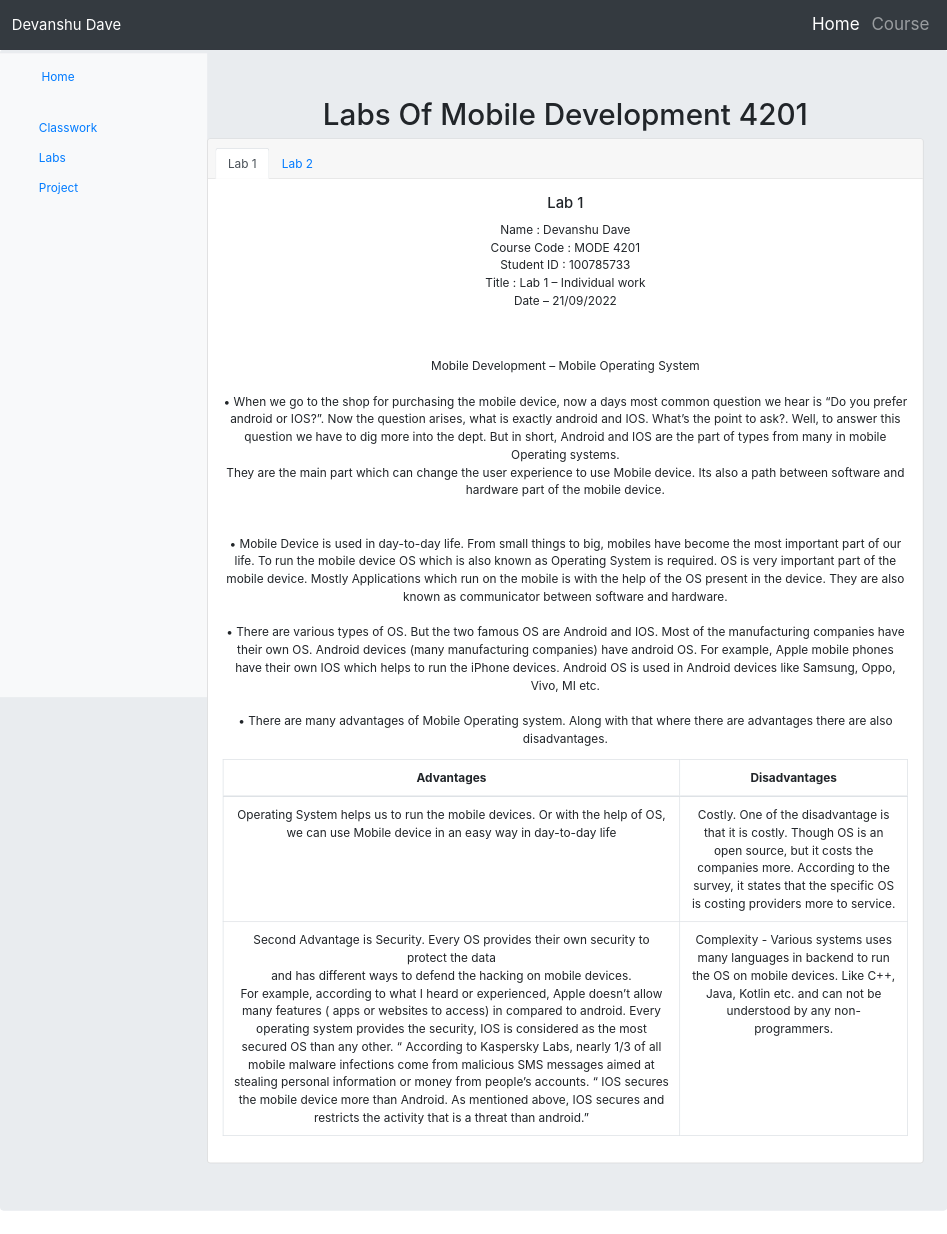
Repository: devanshudave1901/Mobile-Dev-Website
Page: labs.html
An editor plug-in stored every save of this project. The page is shown before and after the next save, followed by the edit.
The browser window is 1280 px wide. The pictures show the whole page, at 74% of full size.
Some web libraries are served in a nearby version.

Above is the page before, as saved 2022-10-05 15:44:03.

### labs.html
<!DOCTYPE html>
<html lang="en">
  <head>
    <meta charset="UTF-8" />
    <meta http-equiv="X-UA-Compatible" content="IE=edge" />
    <meta name="viewport" content="width=device-width, initial-scale=1.0" />
    <link
      rel="stylesheet"
      href="https://cdn.jsdelivr.net/npm/bootstrap@4.0.0/dist/css/bootstrap.min.css"
      integrity="sha384-Gn5384xqQ1aoWXA+058RXPxPg6fy4IWvTNh0E263XmFcJlSAwiGgFAW/dAiS6JXm"
      crossorigin="anonymous"
    />
    <link
      href="https://maxcdn.bootstrapcdn.com/font-awesome/4.2.0/css/font-awesome.min.css"
      rel="stylesheet"
    />
    <link rel="stylesheet" href="./css/style.css" />

    <style>
      .navbar-nav {
        margin-left: auto;
        font-size: 23px;
      }
      .welcomeHeading {
        text-shadow: 2px 2px red;
        text-align: center;
      }
      .welcomeText {
        text-align: center;
        font-family: "Sofia", sans-serif;
      }
      .featurette-heading {
        font-weight: 300;
        line-height: 1;
        letter-spacing: -0.05rem;
        margin-top: 20%;
      }
      .profileIamge {
        width: 250px;

        left: 300px;
      }
      .mobileDevProfile {
        margin-top: 10%;
        left: 100px;
      }
      .main {
        display: flex;
        flex-wrap: nowrap;
        height: 100vh;
        height: -webkit-fill-available;
        max-height: 100vh;
        overflow-x: auto;
        overflow-y: hidden;
      }
      .sideBar {
        height: 870px;
      }
    </style>
    <script
      src="https://code.jquery.com/jquery-3.2.1.slim.min.js"
      integrity="sha384-KJ3o2DKtIkvYIK3UENzmM7KCkRr/rE9/Qpg6aAZGJwFDMVNA/GpGFF93hXpG5KkN"
      crossorigin="anonymous"
    ></script>
    <script
      src="https://cdn.jsdelivr.net/npm/popper.js@1.12.9/dist/umd/popper.min.js"
      integrity="sha384-ApNbgh9B+Y1QKtv3Rn7W3mgPxhU9K/ScQsAP7hUibX39j7fakFPskvXusvfa0b4Q"
      crossorigin="anonymous"
    ></script>
    <script
      src="https://cdn.jsdelivr.net/npm/bootstrap@4.0.0/dist/js/bootstrap.min.js"
      integrity="sha384-JZR6Spejh4U02d8jOt6vLEHfe/JQGiRRSQQxSfFWpi1MquVdAyjUar5+76PVCmYl"
      crossorigin="anonymous"
    ></script>
    <title>Mobile Development - Lab 2</title>
  </head>
  <body>
    <div id="navBar">
      <nav class="navbar sticky-top navbar-expand-lg navbar-dark bg-dark">
        <a class="navbar-brand" href="#">Devanshu Dave</a>

        <div class="collapse navbar-collapse" id="navbarNavDropdown">
          <ul class="navbar-nav" mr-auto>
            <li class="nav-item active">
              <a class="nav-link" href="./index.html"
                >Home <span class="sr-only">(current)</span></a
              >
            </li>
            <li class="nav-item">
              <a class="nav-link" href="./course.html">Course</a>
            </li>
          </ul>
        </div>
      </nav>
    </div>
    <div id="sideBar">
        <div
        class="d-flex flex-column flex-shrink-0 p-3 bg-light sideBar"
        style="width: 280px"
      >
        <a
          href="/"
          class="d-flex align-items-center mb-3 mb-md-0 me-md-auto link-dark text-decoration-none"
        >
          <svg class="bi me-2" width="40" height="32">
            <use xlink:href="#bootstrap" />
          </svg>
          <span class="fs-4">Home</span>
        </a>
        <hr />
        <ul class="nav nav-pills flex-column mb-auto">
          <li>
            <a href="index.html" class="nav-link link-dark">
              <svg class="bi me-2" width="16" height="16">
                <use xlink:href="#table" />
              </svg>
              Classwork
            </a>
          </li>
          <li class="nav-item">
            <a href="labs.html" class="nav-link" aria-current="page">
              <svg class="bi me-2" width="16" height="16">
                <use xlink:href="#home" />
              </svg>
              Labs
            </a>
          </li>
          <li>
            <a href="#" class="nav-link link-dark">
              <svg class="bi me-2" width="16" height="16">
                <use xlink:href="#speedometer2" />
              </svg>
              Project
            </a>
          </li>
        </ul>
        <hr />
      </div>
      <br />
      <br />
      <br />
    </div></div>
    <div id="mainBar">
        <div class="jumbotron">
        <h1>Labs Of Mobile Development 4201</h1>

        <div class="card text-center">
            <div class="card-header">
              <ul class="nav nav-tabs card-header-tabs">
                <li class="nav-item">
                  <a class="nav-link active" href="">Lab 1</a>
                </li>
                <li class="nav-item">
                  <a class="nav-link" href="#">Lab 2</a>
                </li>

              </ul>
            </div>
            <div class="card-body">
              <h5 class="card-title">Lab 1</h5>
              <p class="card-text">
                Name : Devanshu Dave <br/>
				Course Code : MODE 4201<br/>
				Student ID : 100785733<br/>
				Title : Lab 1 – Individual work<br/>
				Date – 21/09/2022<br/>

              </p>
              <br/>
              <br/>
              <p>
                Mobile Development – Mobile Operating System<br/><br/>

                •	When we go to the shop for purchasing the mobile device, now a days most common question we hear is “Do you prefer android or IOS?”. Now the question arises, what is exactly android and IOS. What’s the point to ask?. Well, to answer this question we have to dig more into the dept. But in short, Android and IOS are the part of types from many in mobile Operating systems. <br/>They are the main part which can change the user experience to use Mobile device. Its also a path between software and hardware part of the mobile device. <br/><br/><br/>
                •	Mobile Device is used in day-to-day life. From small things to big, mobiles have become the most important part of our life. To run the mobile device OS which is also known as Operating System is required. OS is very important part of the mobile device. Mostly Applications which run on the mobile is with the help of the OS present in the device. They are also known as communicator between software and hardware.<br/><br/>
                •	 There are various types of OS. But the two famous OS are Android and IOS. Most of the manufacturing companies have their own OS. Android devices (many manufacturing companies) have android OS. For example, Apple mobile phones have their own IOS which helps to run the iPhone devices. Android OS is used in Android devices like Samsung, Oppo, Vivo, MI etc.<br/><br/>
                •	 There are many advantages of Mobile Operating system. Along with that where there are advantages there are also disadvantages. <br/>

              </p>
              <table class="table table-bordered">
                <thead>
                  <tr>

                    <th scope="col">Advantages</th>
                    <th scope="col">Disadvantages</th>

                  </tr>
                </thead>
                <tbody>
                  <tr>

                    <td>Operating System helps us to run the mobile devices.
                         Or with the help of OS, we can use Mobile device in an
                         easy way in day-to-day life</td>
                    <td>Costly. One of the disadvantage is that it is costly.
                        Though OS is an open source, but it costs the companies more.
                         According to the survey, it states that the specific OS is costing providers more to service.</td>
                  </tr>
                  <tr>
                    <td>Second Advantage is Security. Every OS provides their own security to protect the data  <br/>and has different ways to defend the hacking on mobile devices. <br/>
                        For example, according to what I heard or experienced, Apple doesn’t allow many features ( apps or websites to access) in compared to android.
                         Every operating system provides the security, IOS is considered as the most secured OS than any other.
                           “ According to Kaspersky Labs, nearly 1/3 of all mobile malware infections come from malicious SMS messages aimed at stealing personal information or money from people’s accounts. “ IOS secures the mobile device more than Android.
                         As mentioned above, IOS secures and restricts the activity that is a threat than android.”</td>
                    <td>  Complexity -  Various systems uses many languages in backend to run the OS on mobile devices.
                        Like C++, Java, Kotlin etc. and can not be understood by any non-programmers.</td>
                  </tr>

                </tbody>
              </table>
            </div>
          </div>
      </div></div>
  </body>
</html>

### css/style.css
#sideBar {
  height: 570px;
  margin-top: 5px;
  float: left;
  /* text-align: center; */
}

#mainBar {
  text-align: center;
}

After the next save:
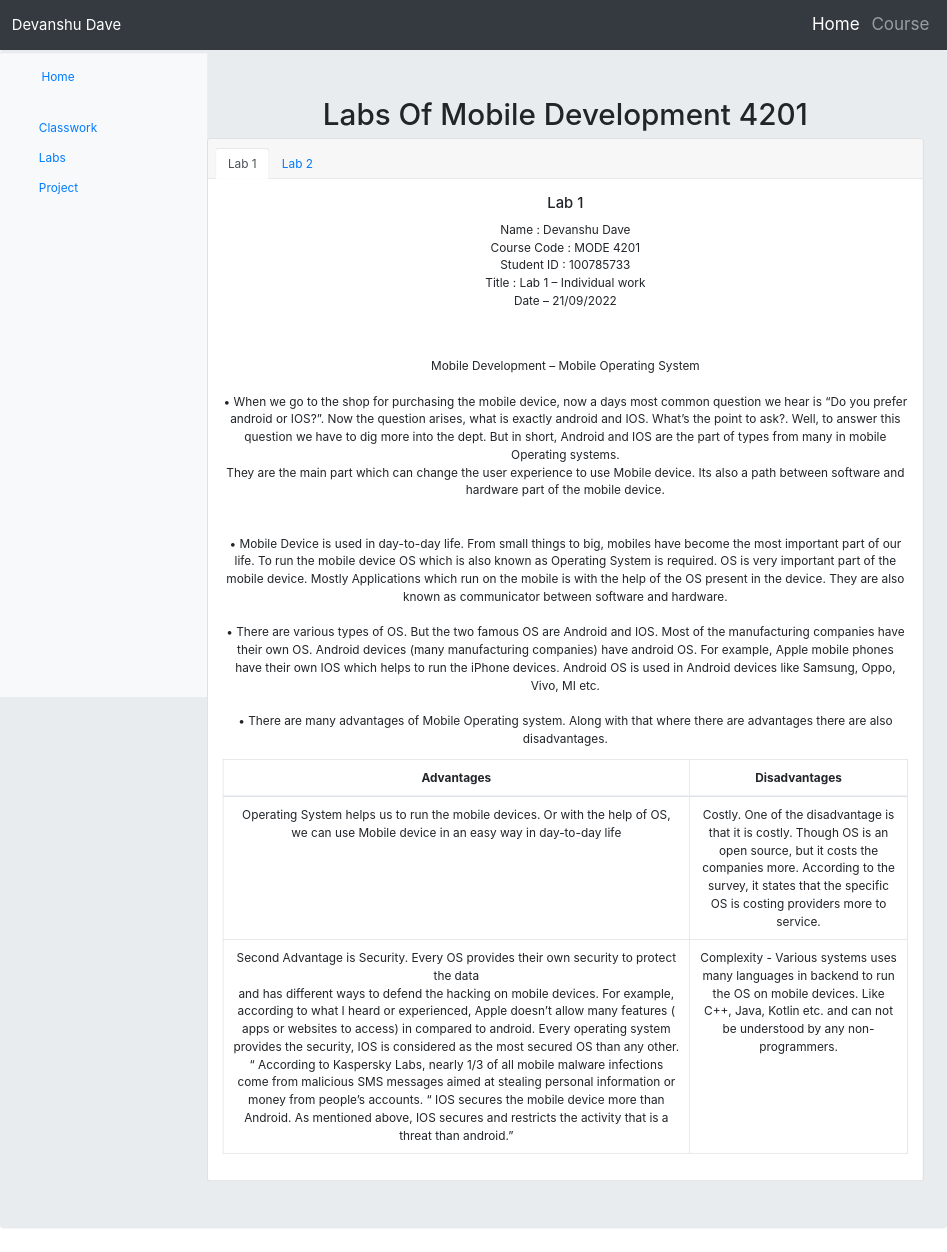
Saved 6 s later.
--- a/labs.html
+++ b/labs.html
@@ -197,7 +197,7 @@
                          According to the survey, it states that the specific OS is costing providers more to service.</td>
                   </tr>
                   <tr>
-                    <td>Second Advantage is Security. Every OS provides their own security to protect the data  <br/>and has different ways to defend the hacking on mobile devices. <br/>
+                    <td>Second Advantage is Security. Every OS provides their own security to protect the data  <br/>and has different ways to defend the hacking on mobile devices.
                         For example, according to what I heard or experienced, Apple doesn’t allow many features ( apps or websites to access) in compared to android.
                          Every operating system provides the security, IOS is considered as the most secured OS than any other.
                            “ According to Kaspersky Labs, nearly 1/3 of all mobile malware infections come from malicious SMS messages aimed at stealing personal information or money from people’s accounts. “ IOS secures the mobile device more than Android.
